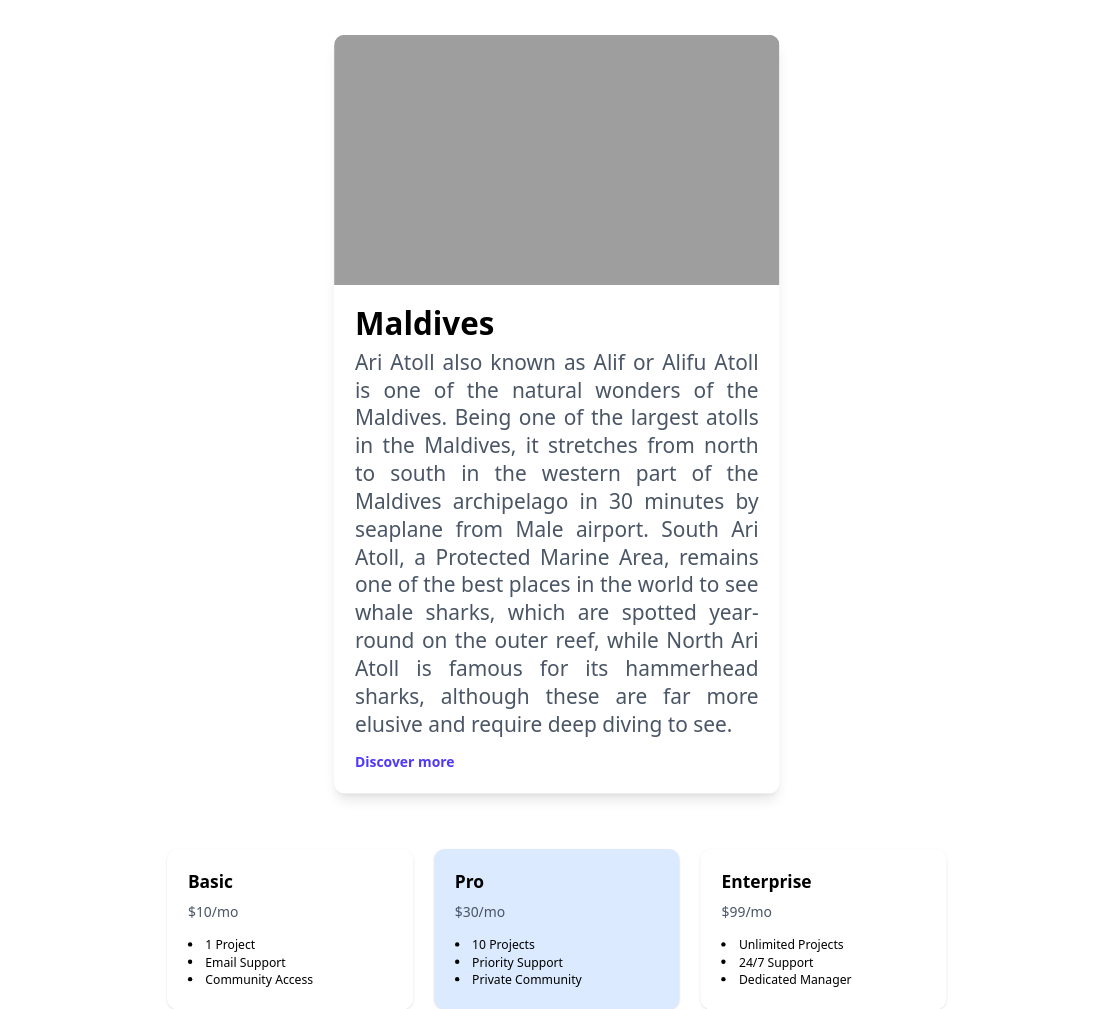
Repository: DinTri/TailwindInASimpleWebApp
Page: src/index.html
These files come from the project's save history. The page is drawn as it stood at one moment and after the next save; the edit follows.
The browser window is 1280 px wide. The pictures show the whole page, at 87% of full size.
Pictures or frames that could not be fetched are drawn as grey boxes.

Above is the page before, as saved 2025-06-22 23:14:59.
Console error: TypeError: Cannot read properties of null (reading 'addEventListener')

After the next save:
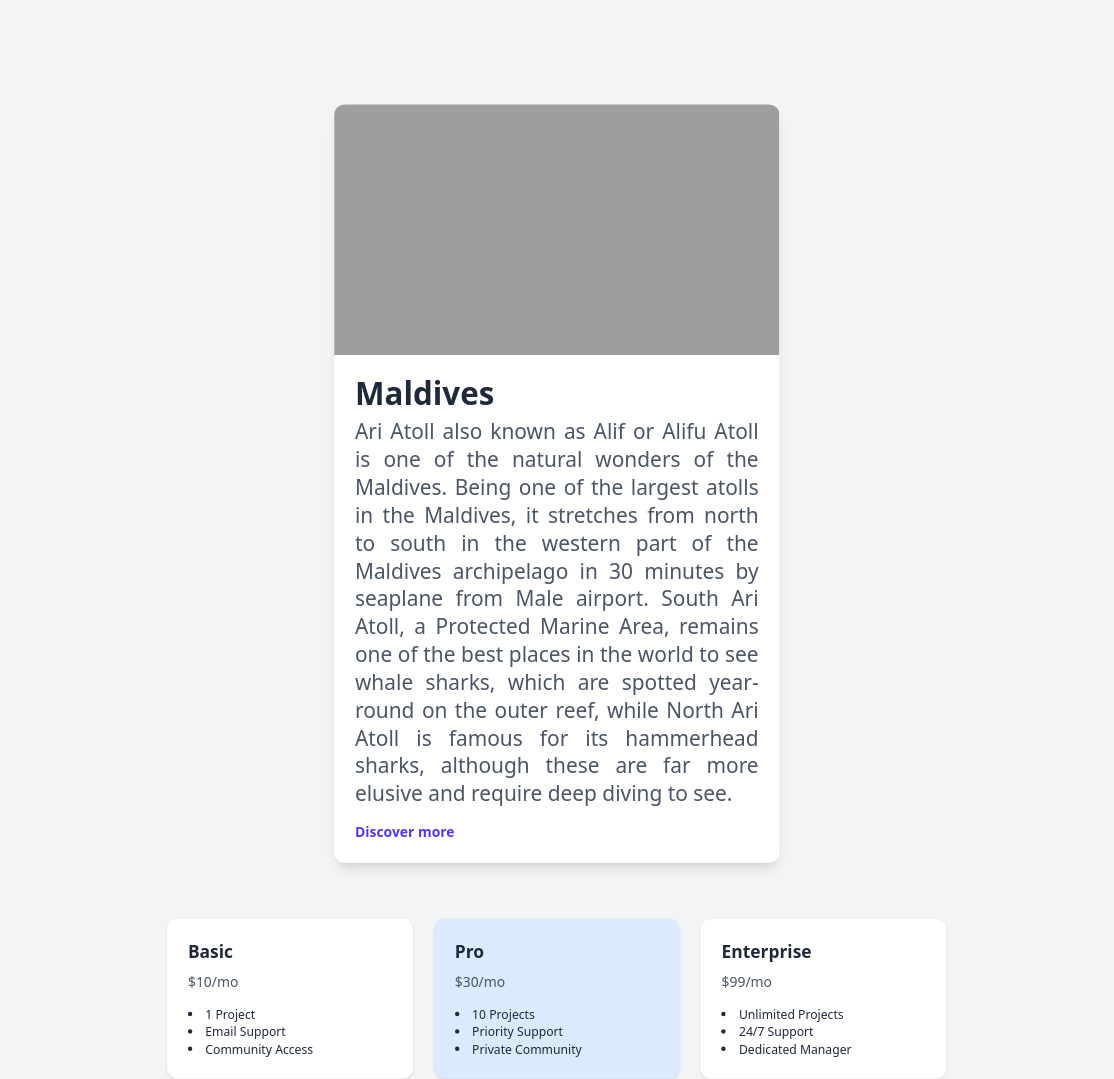
Saved 85 s later.
--- a/src/index.html
+++ b/src/index.html
@@ -9,7 +9,7 @@
     <link rel="stylesheet" href="./css/style.css" />
     <script src="./src/js/main.js"></script>
   </head>
-  <body>
+  <body class="bg-gray-100 pt-20 text-gray-800">
     <section
       id="card"
       class="ld:max-w-xl mx-auto mt-10 max-w-sm overflow-hidden rounded-xl bg-white shadow-lg sm:max-w-md md:max-w-lg"
